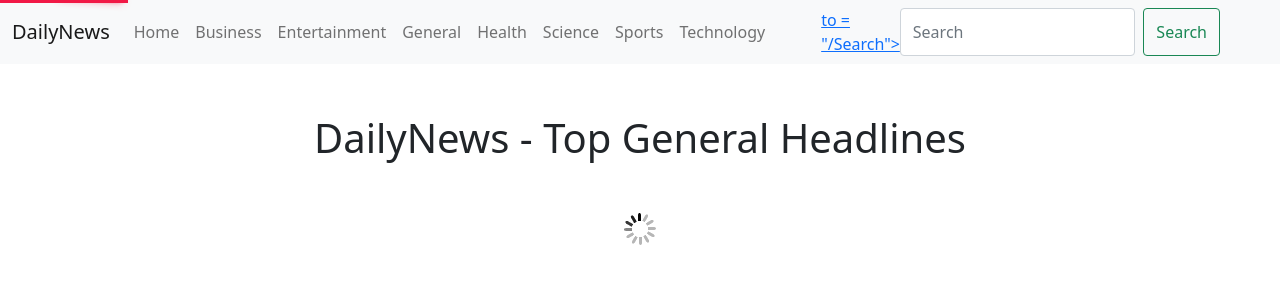
Repository: Bikki084/Daily_News
Page: /
The author's editor kept a copy of each file at every save. The page is drawn from the files as they stood at one save, then again after the next save.
The browser window is 1280 px wide. The pictures show the whole page.
The page's requests for data from a server got no answer. The project was rebuilt for these pictures with package versions that can differ from the ones it lists, and the page was loaded fresh each time. No one was signed in, and anything a server would have sent is missing. Also part of the build but not shown: src/App.css, src/components/NewsItem.js.

Above is the page before, as saved 2021-12-21 23:48:11.

After the next save:
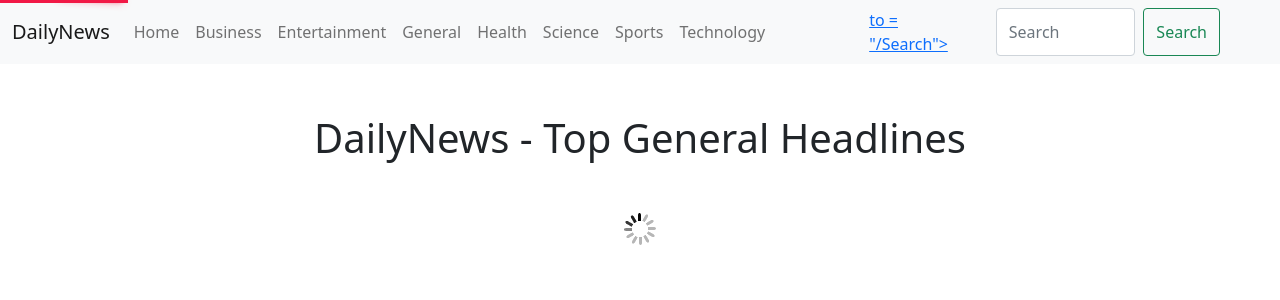
Saved 9 s later.
--- a/src/components/NavBar.js
+++ b/src/components/NavBar.js
@@ -24,7 +24,7 @@ const NavBar = () => {
                             <li className="nav-item"><Link className="nav-link" to="/sports">Sports</Link></li>
                             <li className="nav-item"><Link className="nav-link" to="/technology">Technology</Link></li>
                         </ul>
-                        <form className="d-flex mx-5" method = "get"> <Link class> to = "/Search"> </Link>
+                        <form className="d-flex mx-5" method = "get"> <Link className="d-flex mx-5"> to = "/Search"> </Link>
                             <input class="form-control me-2" type="search" placeholder="Search" aria-label="Search"/>
                                 <button class="btn btn-outline-success" type="submit">Search</button>
                         </form>
